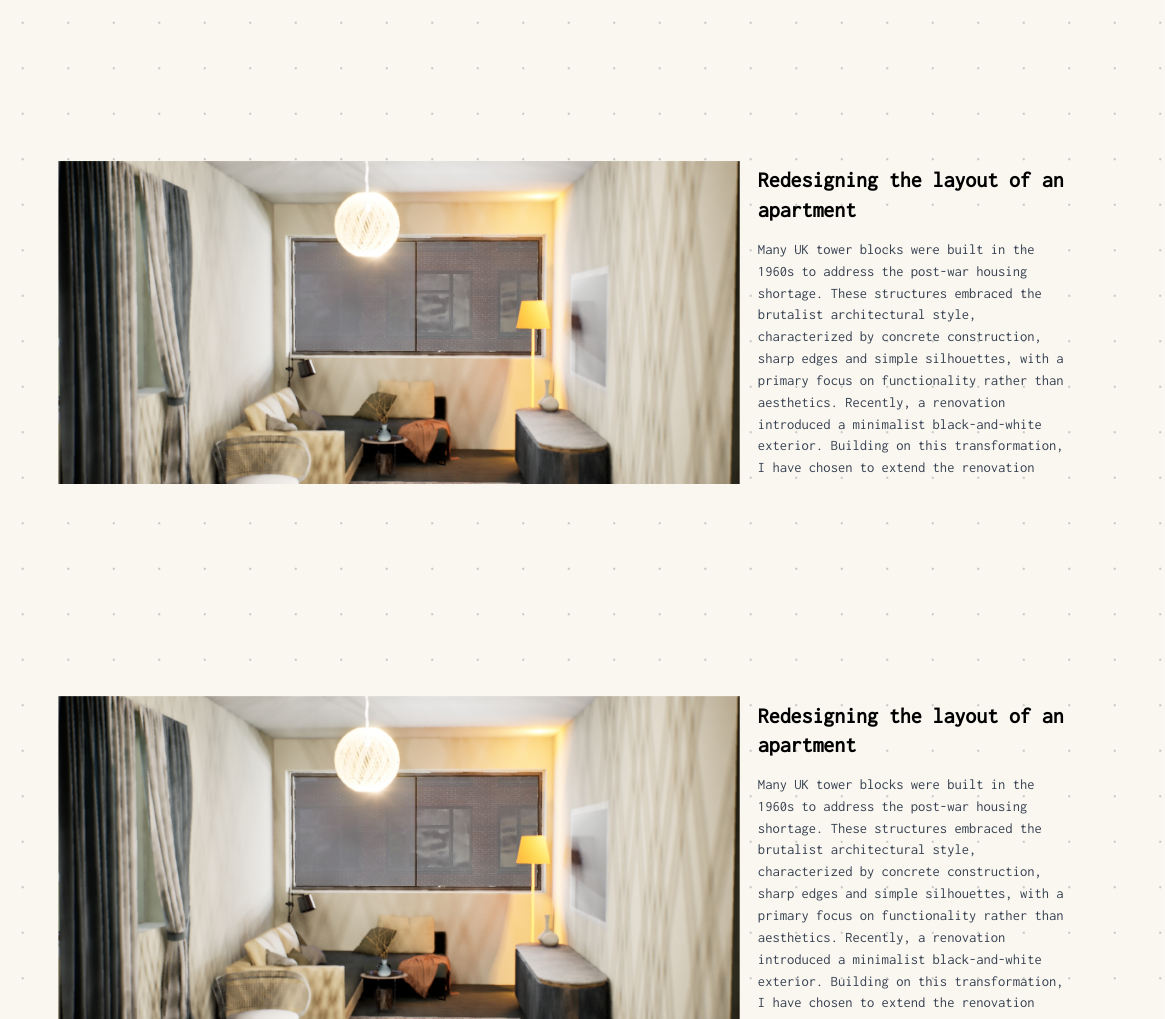
Repository: BBRRE/Portfolio-V2
Page: /#/Architecture
These files come from the project's save history. The page is drawn as it stood at one moment and after the next save; the edit follows.
The browser window is 1280 px wide. The pictures show the whole page, at 91% of full size.
Some web fonts or font styles are not loaded; a fallback is used. The project was rebuilt for these pictures with package versions that can differ from the ones it lists, and the page was loaded fresh each time. Also part of the build but not shown: vite.config.js, src/Subjects/CompSci.jsx, src/Subjects/EEng.jsx, src/Subjects/Other.jsx, src/Projects Overview.jsx, src/HomePage.jsx, src/ErrorBoundary.jsx.

Above is the page before, as saved 2024-11-26 19:20:51.

After the next save:
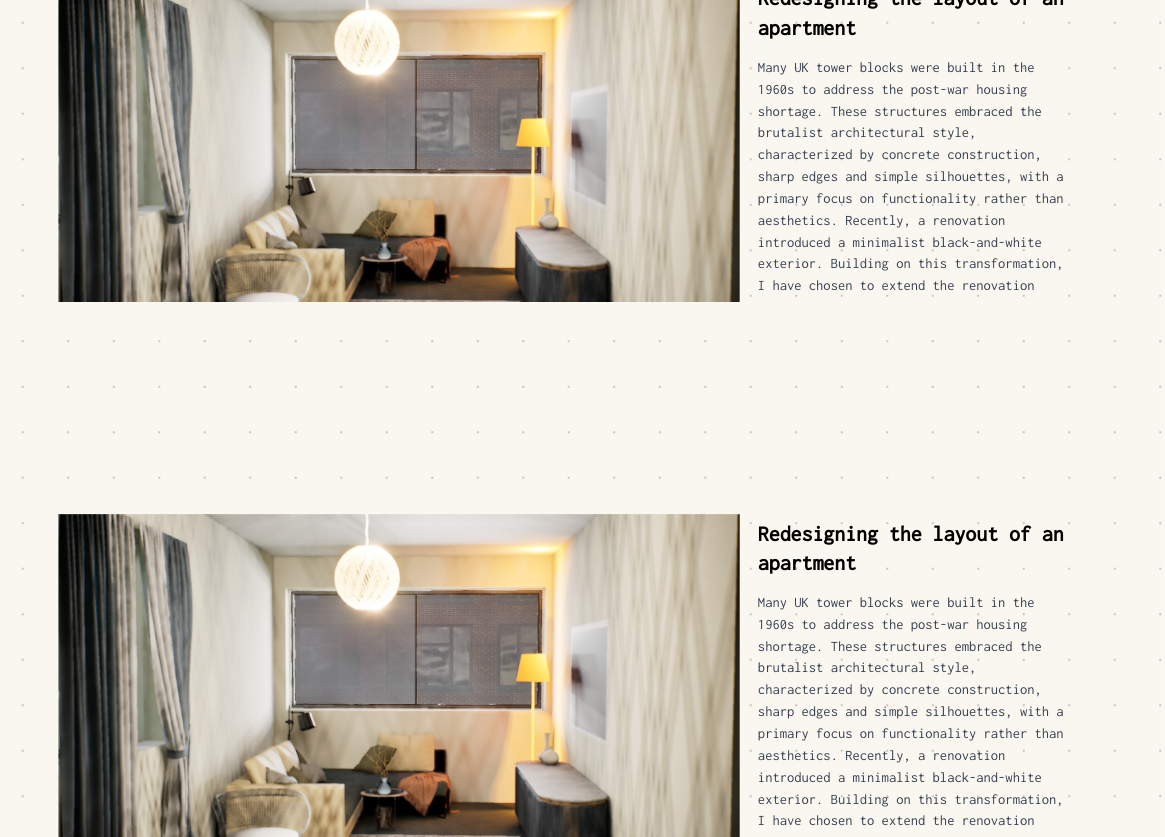
Saved 14 s later.
--- a/src/Subjects/Archi.jsx
+++ b/src/Subjects/Archi.jsx
@@ -88,9 +88,9 @@ const Arcchi = () => {
 
   return (
     <div className='bg-[#F9F7F0] bg-dot-pattern flex flex-col gap-14'>
-    <div className={` font-inconsolata w-full overflow-hidden `}>
+    <div className={` font-inconsolata w-full overflow-hidden mt-[-200px] `}>
       <motion.div
-        className="flex flex-col md:pt-[100px] gap-4 md:gap-8 w-full"
+        className="flex flex-col pt-[60px] md:pt-[100px] gap-4 md:gap-8 w-full"
         initial="hidden"
         animate="visible"
         variants={containerVariants}
